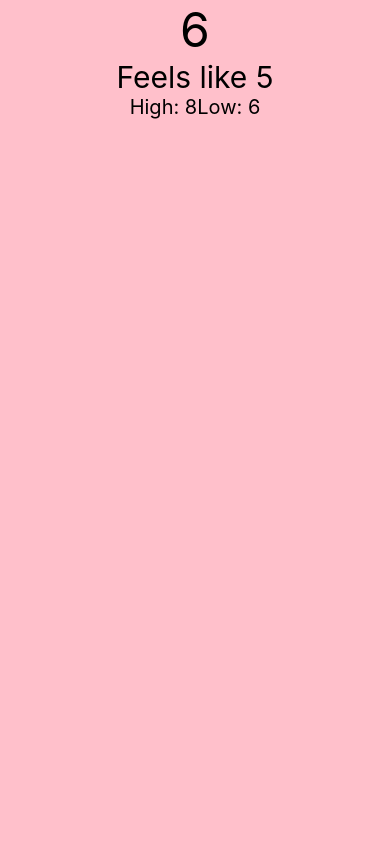
Repository: akinmiday/fcc
Screen: / (app in WeatherApp/)
An editor plug-in stored every save of this project. The screen is shown before and after the next save, followed by the edit.
The app was drawn by React Native's web renderer in a window 390 px wide. The project was rebuilt for these pictures with package versions that can differ from the ones it lists, and the page was loaded fresh each time.

Above is the screen before, as saved 2023-07-18 07:18:42.

After the next save:
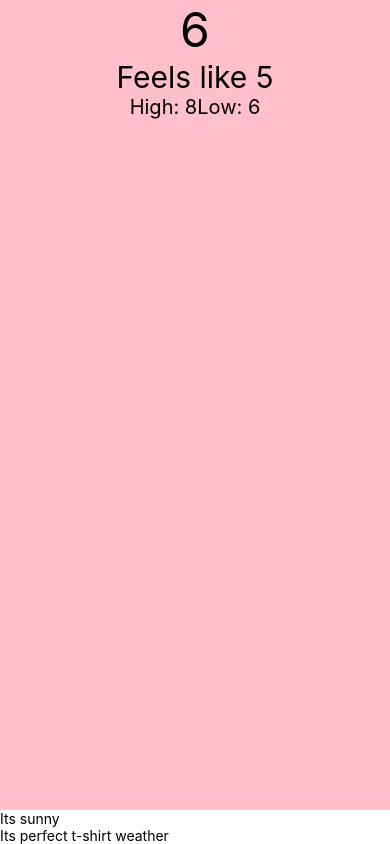
Saved 12 s later.
--- a/WeatherApp/App.js
+++ b/WeatherApp/App.js
@@ -12,6 +12,10 @@ const App = () =>{
         <Text style={styles.highLow} >Low: 6</Text>
       </View>
      </View>
+     <View style={styles.bodyWrapper} >
+        <Text>Its sunny</Text>
+        <Text>Its perfect t-shirt weather</Text>
+      </View>
    </SafeAreaView>
   )
 }
